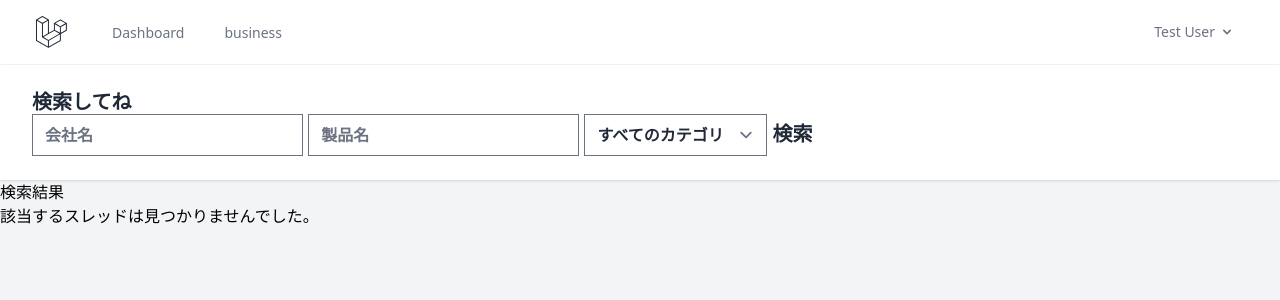
Repository: kyoko-shiraishi/Reproduce
Page: http://localhost/search
These files come from the project's save history. The page is drawn as it stood at one moment and after the next save; the edit follows.
The browser window is 1280 px wide. The pictures show the whole page.
Some web libraries are served in a nearby version. The page is served by the project's Laravel application, run on PHP 8.4 with Laravel 12. A made-up administrator, Test User (test@example.com), is signed in. Style sheets and scripts are compiled from the project's sources, by tool versions that may differ from the author's. Queries for data that is not in the repository find no rows.

Above is the page before, as saved 2024-10-21 15:25:18.

After the next save:
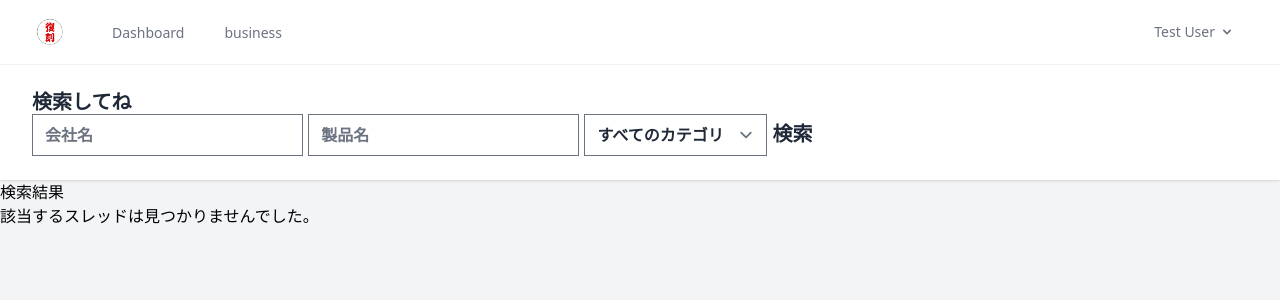
Saved 7 min 40 s later.
--- a/resources/views/layouts/navigation.blade.php
+++ b/resources/views/layouts/navigation.blade.php
@@ -6,7 +6,7 @@
                 <!-- Logo -->
                 <div class="shrink-0 flex items-center">
                     <a href="{{ route('home') }}">
-                        <x-application-logo class="block h-9 w-auto fill-current text-gray-800" />
+                    <img src="{{ asset('images/logo.png') }}" class="block h-9 w-auto" alt="Logo">
                     </a>
                 </div>
 
